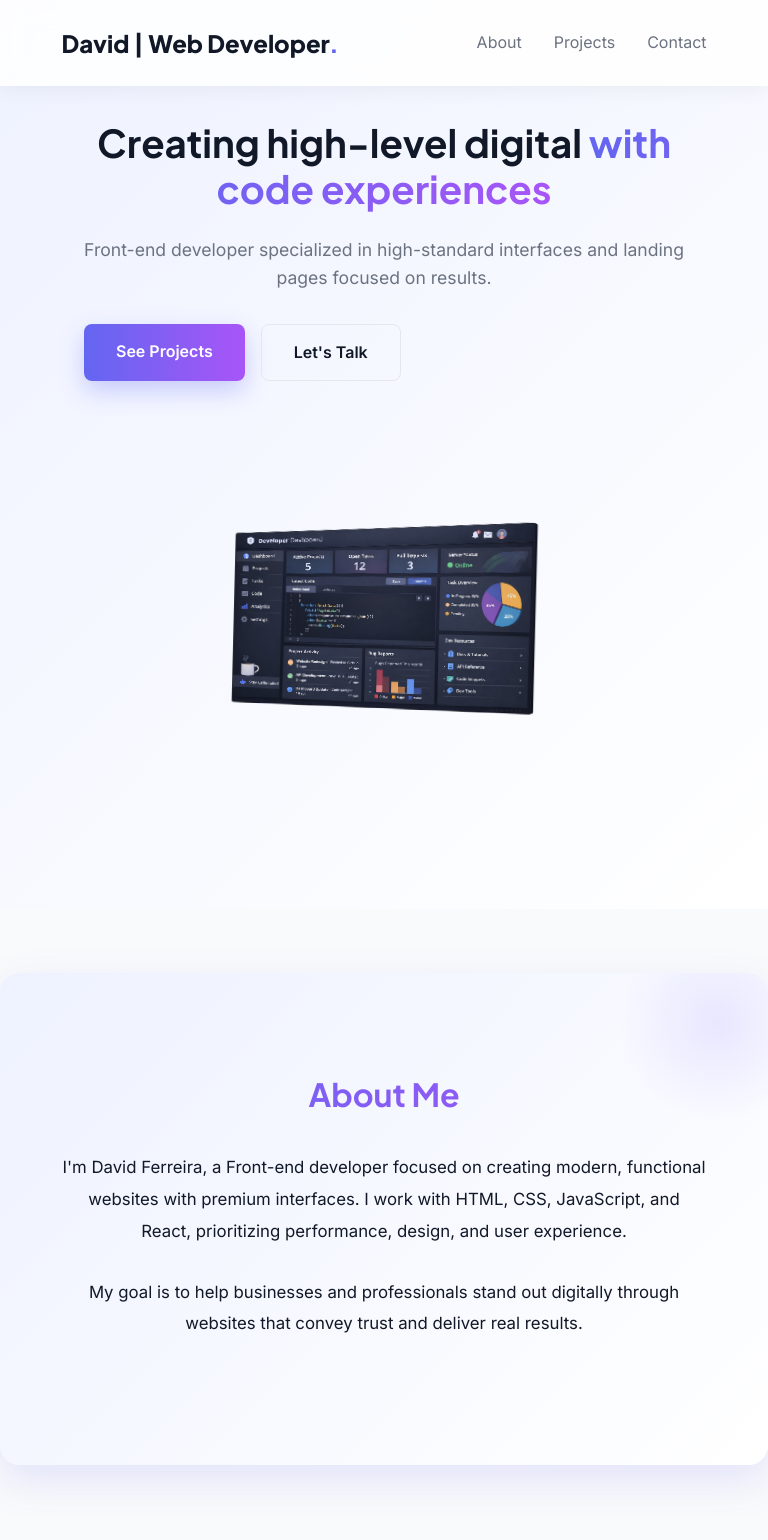
Repository: davidfsillva/David_Ferreira
Page: index.html
These files come from the project's save history. The page is drawn as it stood at one moment and after a run of saves; the edit follows.
The browser window is 768 px wide. The pictures show the part of the page from y = 0 to 1540 px (the page is 3211 px tall).

Above is the page before, as saved 2026-02-11 15:25:57.
Console error: TypeError: Cannot read properties of null (reading 'addEventListener')

After the next 2 saves:
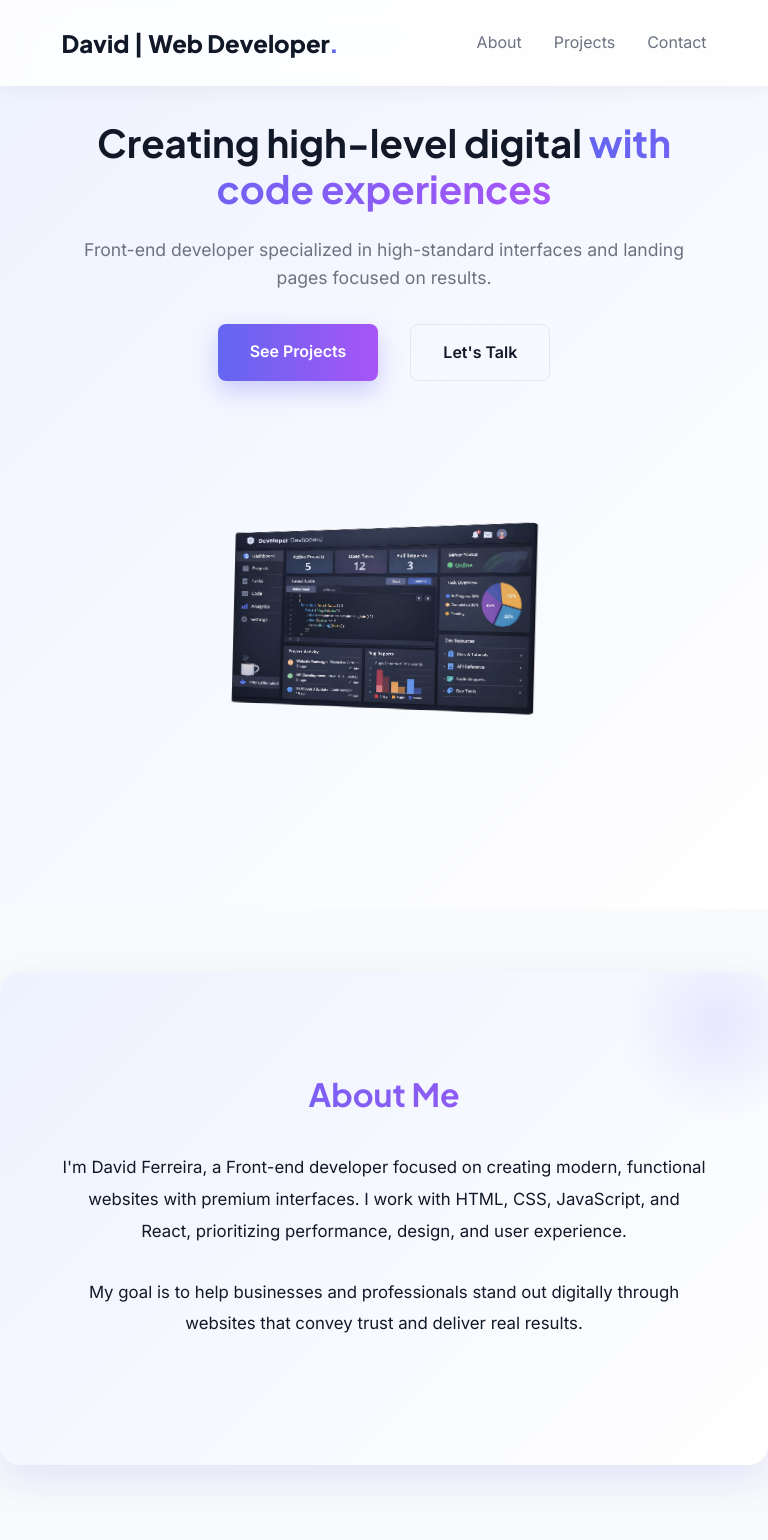
The 2 saves are shown as one change because they came seconds apart.
The last was saved 14 s later.
--- a/style.css
+++ b/style.css
@@ -537,6 +537,13 @@ footer {
   .hero-visual {
     margin-top: 3rem;
   }
+
+    .hero-btns {
+    justify-content: center; /* centraliza horizontalmente */
+    gap: 1rem; /* mantém espaçamento entre os botões */
+    flex-wrap: wrap;
+  }
+
 }
 
 @media (max-width: 600px) {
